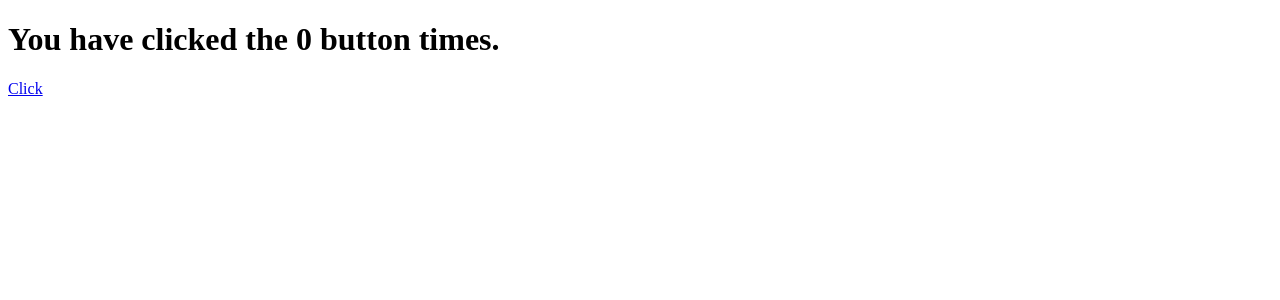
Repository: bchang1213/javaEE
Page: http://localhost/ButtonClicker/Home
The author's editor kept a copy of each file at every save. The page is drawn from the files as they stood at one save, then again after the next save.
The browser window is 1280 px wide. The pictures show the whole page.
The page is served by Tomcat 9.

Above is the page before, as saved 2017-10-06 21:04:28.

After the next save:
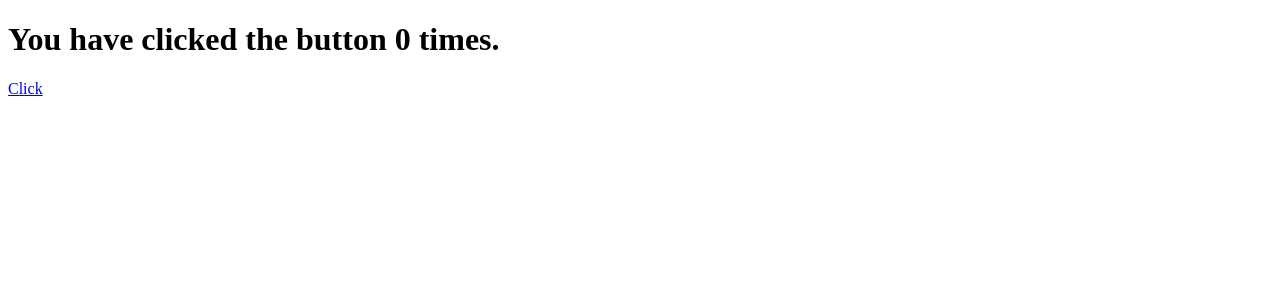
Saved 15 s later.
--- a/ButtonClicker/WebContent/WEB-INF/views/ButtonClicker.jsp
+++ b/ButtonClicker/WebContent/WEB-INF/views/ButtonClicker.jsp
@@ -7,7 +7,7 @@
 <title>Button Clicker</title>
 </head>
 <body>
-	<h1>You have clicked the <%= session.getAttribute("click") %> button times. </h1>
+	<h1>You have clicked the button <%= session.getAttribute("click") %> times. </h1>
 	<a href="ButtonControl">Click</a>
 </body>
 </html>
